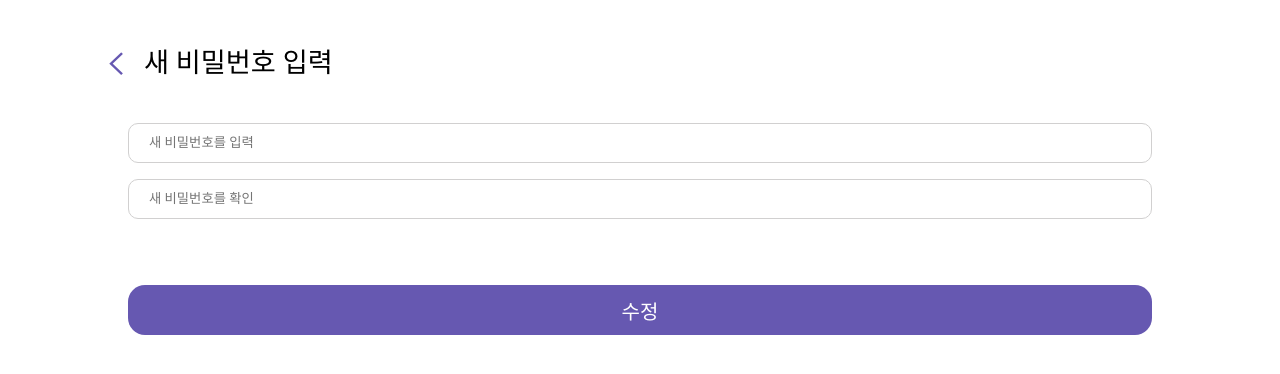
Repository: PEPI-dev/UI
Page: edit_profile/change_done.html
An editor plug-in stored every save of this project. The page is shown before and after the next save, followed by the edit.
The browser window is 1280 px wide. The pictures show the whole page.
Some web fonts or font styles are not loaded; a fallback is used.

Above is the page before, as saved 2023-12-05 17:24:15.

After the next save:
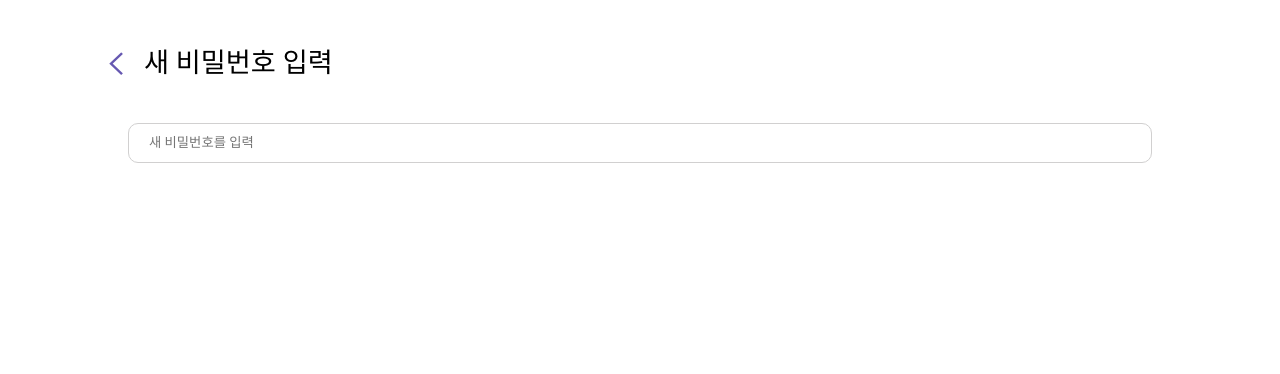
Saved 6 s later.
--- a/edit_profile/change_done.html
+++ b/edit_profile/change_done.html
@@ -21,16 +21,6 @@
             <input class="search" id="new_pw" placeholder="새 비밀번호를 입력" maxlength="15">
         </p>
 
-        <p class="display">
-            <!-- onclick 추가 -->
-            <input class="search" id="new_pw_check" placeholder="새 비밀번호를 확인" maxlength="15">
-        </p>
-
-        <p class="display">
-            <!-- onclick 추가 -->
-            <button class="purple button" id="edit"maxlength="15">수정</button>
-        </p>
-
     </div>
 
 
